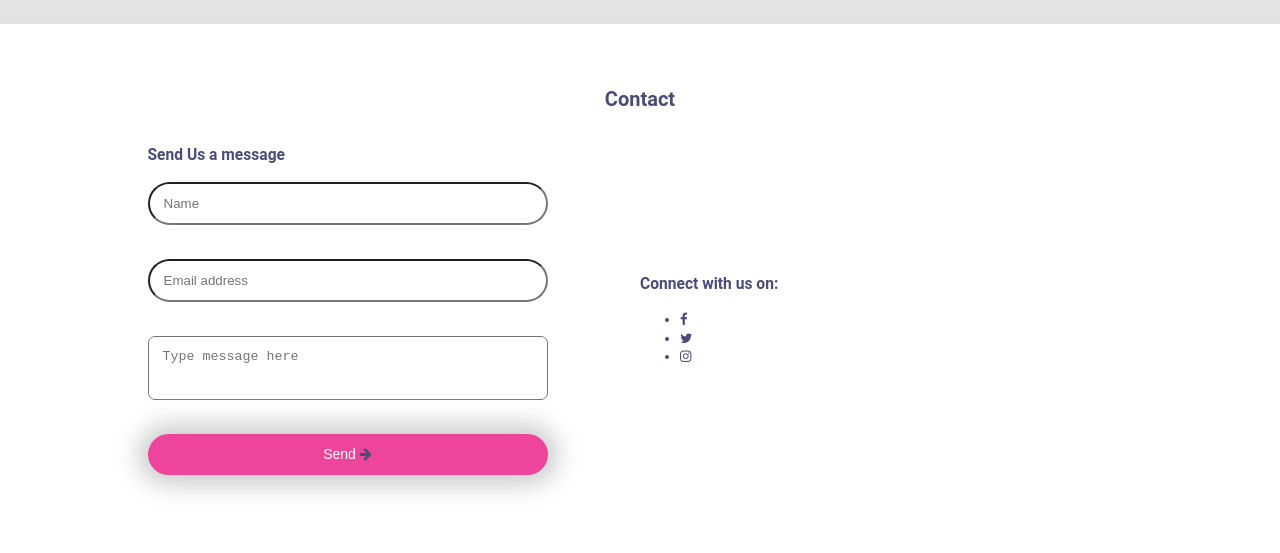
Repository: wisdomspine/emmatech-website
Page: index.html
These files come from the project's save history. The page is drawn as it stood at one moment and after the next save; the edit follows.
The browser window is 1280 px wide. The pictures show the part of the page from y = 1532 to 2085 px (the page is 2085 px tall).
A picture or video elsewhere on the page could not be fetched, so the positions and the page height are approximate.

Above is the page before, as saved 2020-11-02 12:28:17.

After the next save:
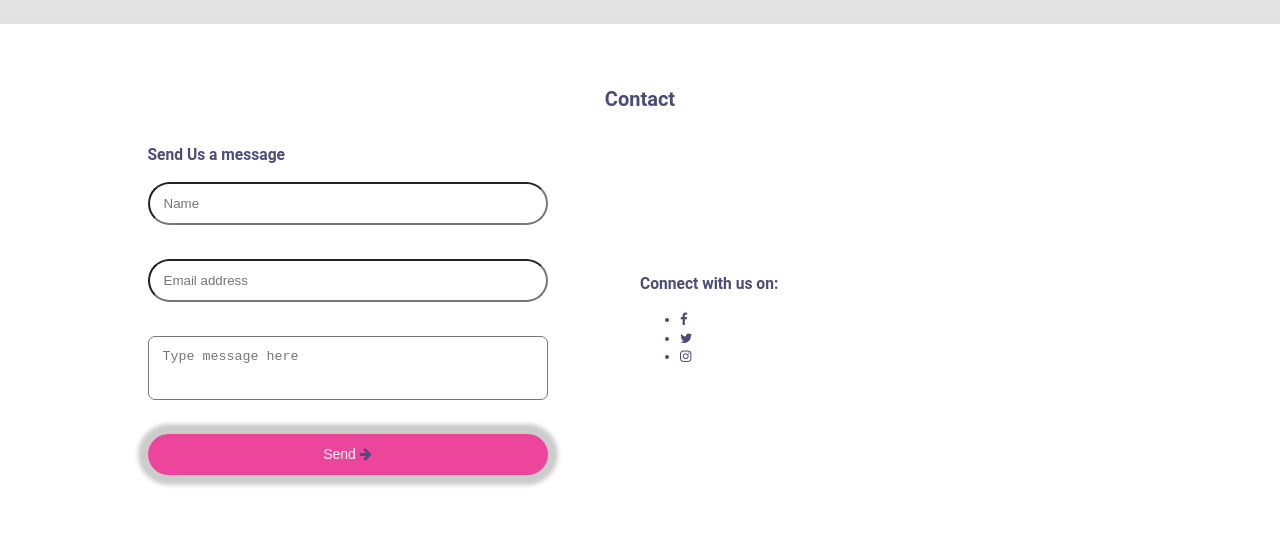
Saved 10 s later.
--- a/assets/styles/index.css
+++ b/assets/styles/index.css
@@ -146,5 +146,5 @@ textarea{
 
 .home-contact button{
     border: none;
-    box-shadow: 0px 0px 24px  10px #cccccc;
+    box-shadow: 0px 0px 4px  10px #cccccc;
 }
